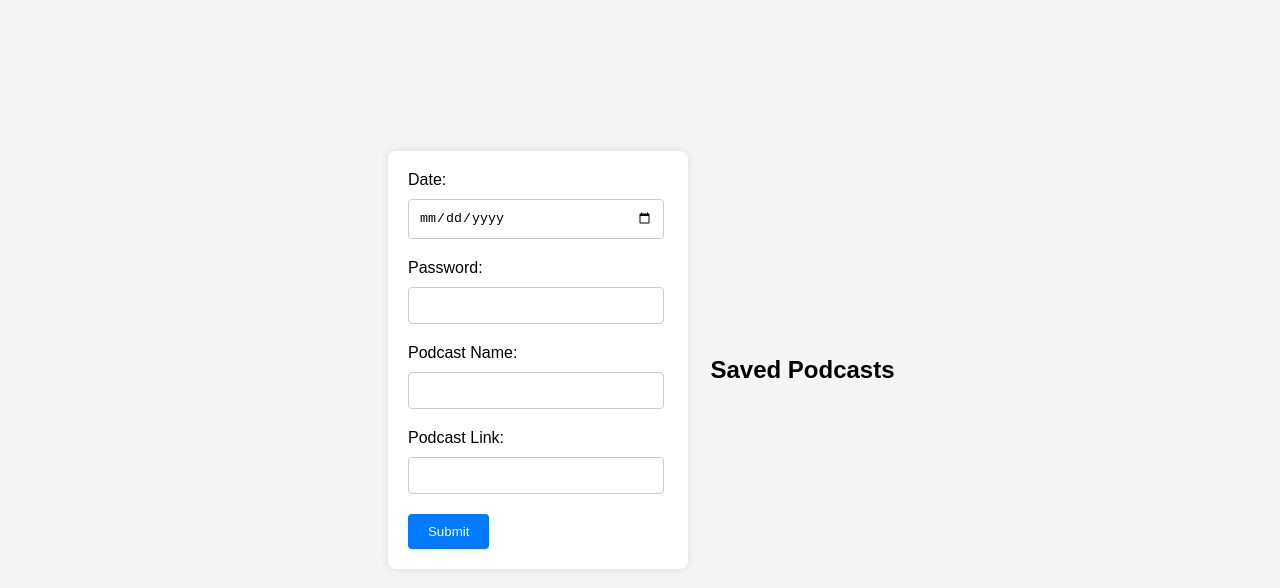
Repository: fechinmitchell/thedailyonepercent
Page: form.html
The author's editor kept a copy of each file at every save. The page is drawn from the files as they stood at one save, then again after the next save.
The browser window is 1280 px wide. The pictures show the whole page.

Above is the page before, as saved 2023-06-22 19:59:11.

After the next save:
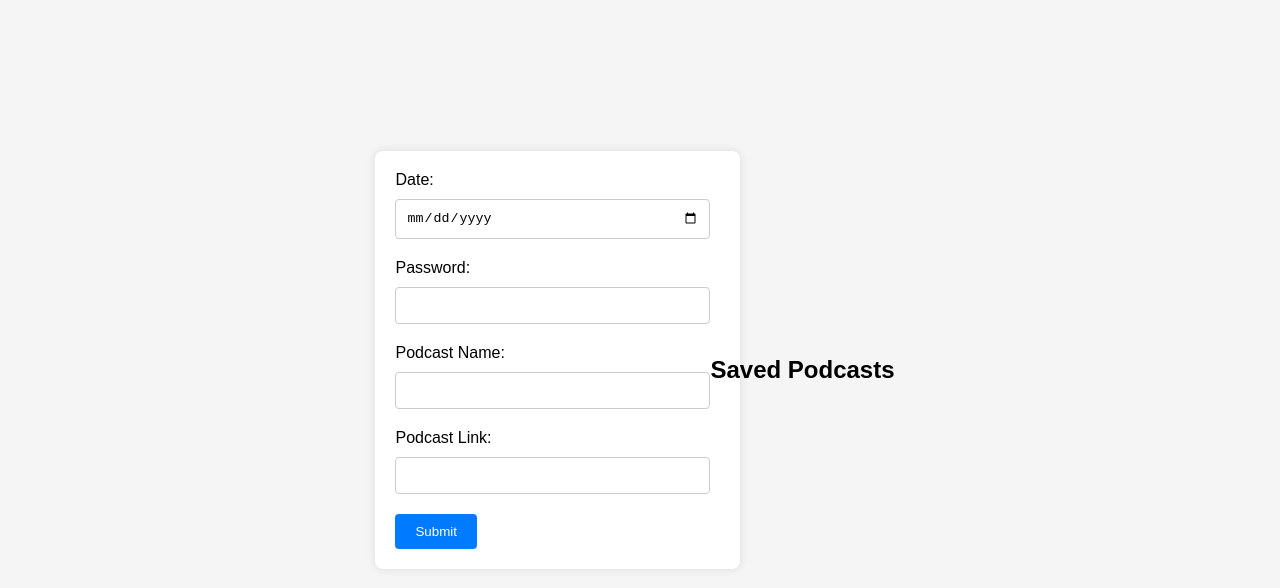
Saved 27 s later.
--- a/popup.css
+++ b/popup.css
@@ -13,7 +13,7 @@
   padding: 20px;
   border-radius: 8px;
   box-shadow: 0px 0px 10px rgba(0,0,0,0.1);
-  width: 80%;
+  width: 100%;
   max-width: 600px;
   margin: 0 auto;
 }

After the save that followed:
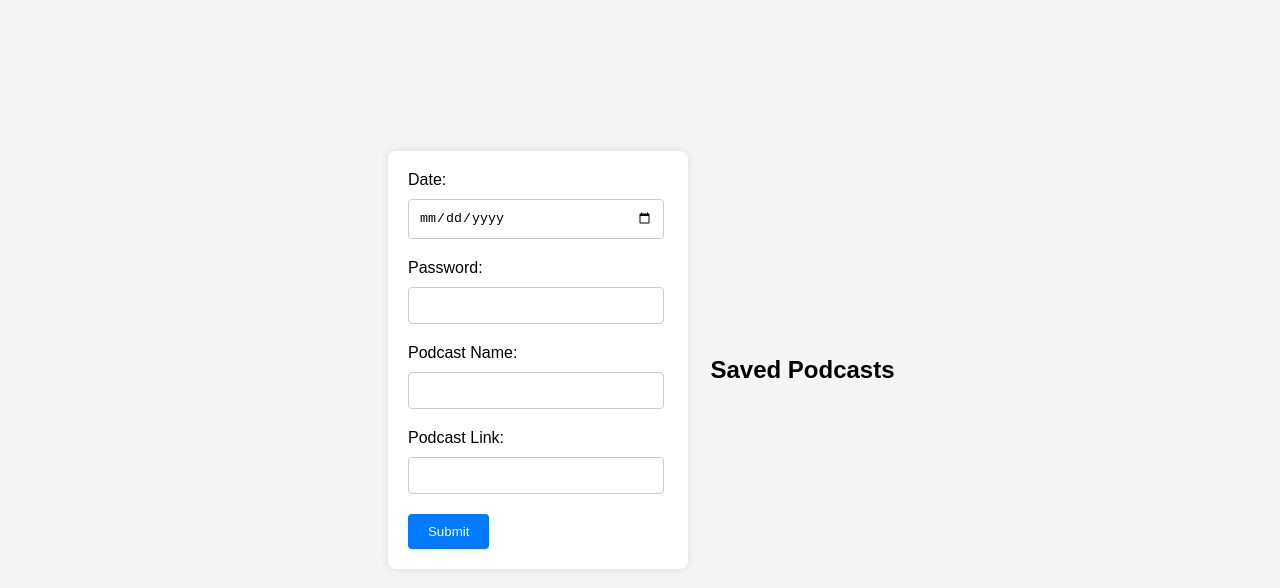
Saved 8 s later.
--- a/popup.css
+++ b/popup.css
@@ -13,7 +13,7 @@
   padding: 20px;
   border-radius: 8px;
   box-shadow: 0px 0px 10px rgba(0,0,0,0.1);
-  width: 100%;
+  width: 80%;
   max-width: 600px;
   margin: 0 auto;
 }
